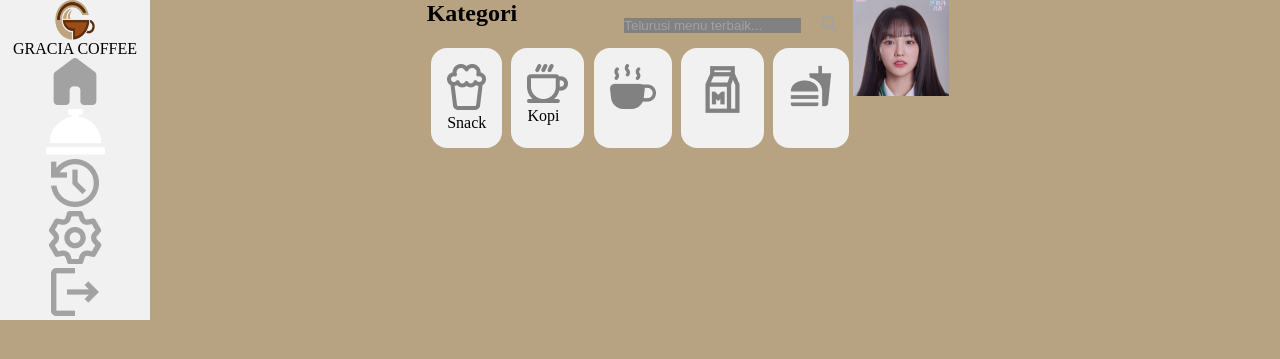
Repository: DanielChuaaa/sbd2
Page: index.html
These files come from the project's save history. The page is drawn as it stood at one moment and after the next save; the edit follows.
The browser window is 1280 px wide. The pictures show the whole page.
Some web libraries are served in a nearby version.

Above is the page before, as saved 2023-10-20 10:37:06.

### index.html
<!DOCTYPE html>
<html lang="en">
<head>
    <meta charset="UTF-8">
    <meta name="viewport" content="width=device-width, initial-scale=1.0">
    <title>Document</title>
    <link href="https://fonts.googleapis.com/css2?family=Roboto+Mono:wght@400;600;700&display=swap" rel="stylesheet" />
    <link
      rel="stylesheet"
      href="https://cdnjs.cloudflare.com/ajax/libs/font-awesome/6.1.2/css/all.min.css"
      integrity="sha512-1sCRPdkRXhBV2PBLUdRb4tMg1w2YPf37qatUFeS7zlBy7jJI8Lf4VHwWfZZfpXtYSLy85pkm9GaYVYMfw5BC1A=="
      crossorigin="anonymous"
      referrerpolicy="no-referrer"
    />
    <link rel="stylesheet" href="style.css">
</head>
<body>
    <div class="container">
        <div class="grid-wrapper">
            <div class="icon">
                <img src="/assets/logo projek SBD 1.png" width="40px" height="40px" alt="logo">
                <p>GRACIA COFFEE</p>
                <a href="#"><img src="./assets/home.png" alt="home"></a>
                <a href="#"><img src="./assets/menu.png" alt="menu"></a>
                <a href="#"><img src="./assets/history.png" alt="history"></a>
                <a href="#"><img src="./assets/setting.png" alt="setting"></a>

                <a href="#"><img src="./assets/logout.png" alt="logout"></a>
            </div>

            <div class="content">
                <div class="nav">
                    <h2>Kategori</h2>
                    <div class="inputWrapper">
                        <input type="text" name="text" id="text" class="input" placeholder="Telurusi menu terbaik...">
                        <i class="fa-solid fa-magnifying-glass"></i>
                    </div>
                </div>

                <div class="menu">
                    <div class="iconMenu"><a href="#"><img src="./assets/popcorn.png" alt="popcorn"></a>
                        <p>Snack</p>
                    </div>
                    <div class="iconMenu"><a href="#"><img src="./assets/kopi.png" alt="kopi"></a>
                    <p>Kopi</p>
                    </div>
                    <div class="iconMenu"><a href="#"><img src="./assets/teh.png" alt="teh"></a></div>
                    <div class="iconMenu"><a href="#"><img src="./assets/susu.png" alt="susu"></a></div>
                    <div class="iconMenu"><a href="#"><img src="./assets/makanan.png" alt="makanan"></a></div>
                </div>
            </div>

            <div class="order">
                <img src="/assets/g_8___8_idola_cantik_berbakat_alumni_sm_entertainment_yang_sudah_debut_di_girlgroup_agensi_lain_p_eks_sm_trainee-20220408-001-non_fotografer_kly 1.png" alt="">
            </div>
        </div>
    </div>
</body>
</html>

### style.css
:root{
    --clr-primary-100: #B7A281;

    --clr-neutral-100: #818181;
    --clr-neutral-200: #A2A2A2;
    --clr-neutral-300: #D9D9D9;
    --clr-neutral-400: #F8F8F8;
    --clr-neutral-500:  #f1f1f1;

    --ff: "Roboto Mono", monospace;

    --fw-regular: 400;
    --fw-semi-bold: 600;
    --fw-bold: 700;
}

*{
    box-sizing: border-box;
    margin: 0;
    padding: 0;
}

body{
    background-color: #B7A281;
}

.grid-wrapper{
    display: grid;
    grid-template-columns: 1fr 1fr 1fr;
}

.icon{
    background: var(--clr-neutral-500);

    display: flex;
    flex-direction: column;
    justify-content: space-evenly;
    align-items: center;
    max-width: 150px;
}

.fa-solid{
    color: var(--clr-neutral-200);
    padding: 1rem;
}


/* content */

.nav{
    display: flex;
    justify-content: space-between;
}

.input{
    background: var(--clr-neutral-100);

    border: none;

}

::placeholder{
    color: var(--clr-neutral-200);
}

.menu{
    display: flex;
    justify-content: space-around;
}

.iconMenu{
    background: var(--clr-neutral-500);

    padding: 1rem;
    border-radius: 1rem;
}

After the next save:
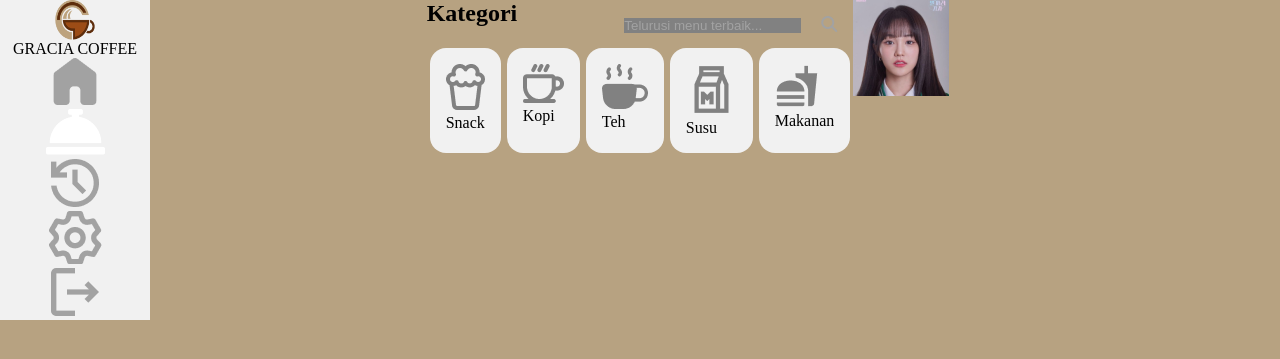
Saved 2 min 47 s later.
--- a/index.html
+++ b/index.html
@@ -42,11 +42,17 @@
                         <p>Snack</p>
                     </div>
                     <div class="iconMenu"><a href="#"><img src="./assets/kopi.png" alt="kopi"></a>
-                    <p>Kopi</p>
+                        <p>Kopi</p>
                     </div>
-                    <div class="iconMenu"><a href="#"><img src="./assets/teh.png" alt="teh"></a></div>
-                    <div class="iconMenu"><a href="#"><img src="./assets/susu.png" alt="susu"></a></div>
-                    <div class="iconMenu"><a href="#"><img src="./assets/makanan.png" alt="makanan"></a></div>
+                    <div class="iconMenu"><a href="#"><img src="./assets/teh.png" alt="teh"></a>
+                        <p>Teh</p>
+                    </div>
+                    <div class="iconMenu"><a href="#"><img src="./assets/susu.png" alt="susu"></a>
+                        <p>Susu</p>
+                    </div>
+                    <div class="iconMenu"><a href="#"><img src="./assets/makanan.png" alt="makanan"></a>
+                        <p>Makanan</p>
+                    </div>
                 </div>
             </div>
 
